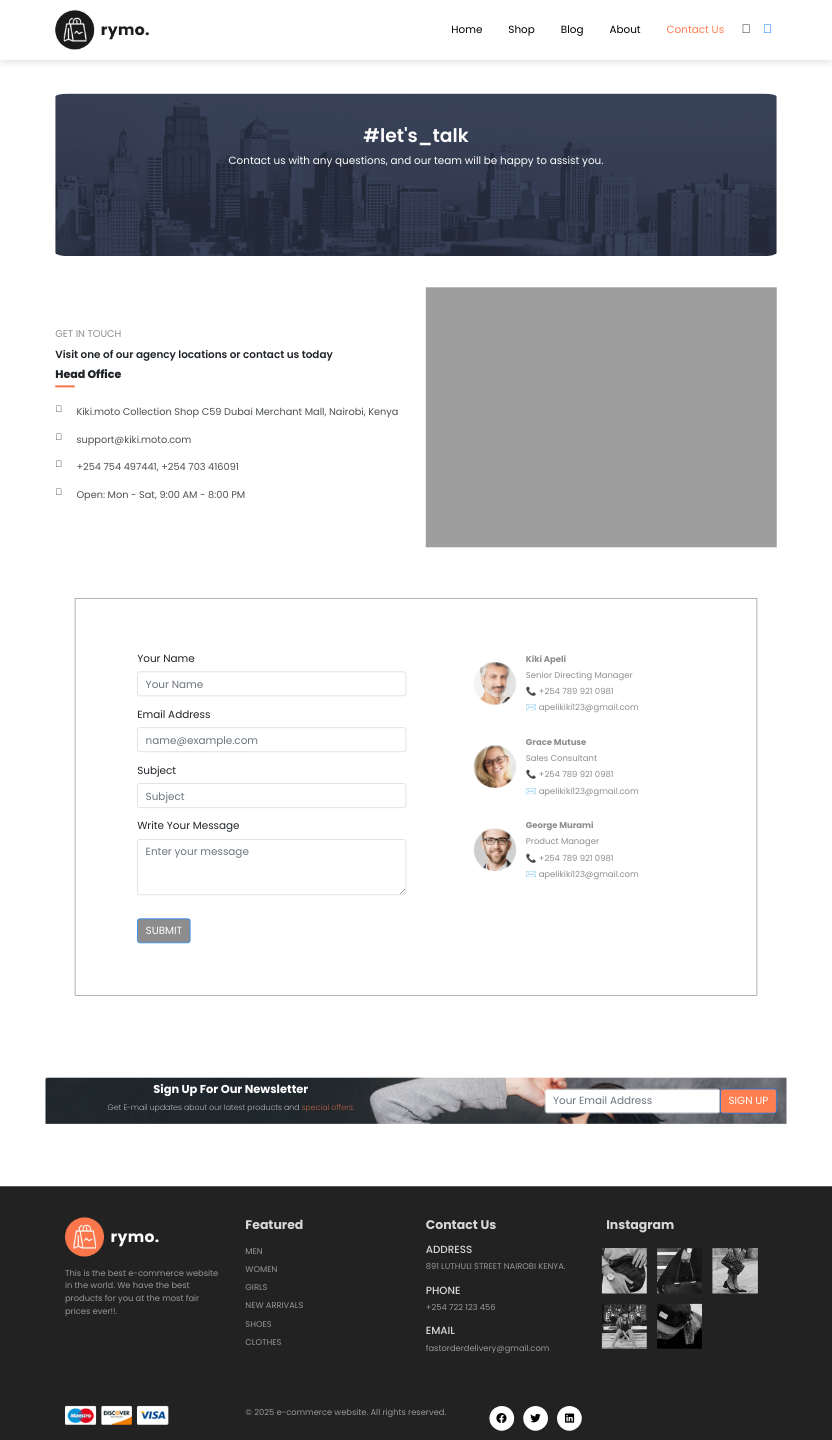
Repository: peter417waweru/e-commerce-UI
Page: contact.html
An editor plug-in stored every save of this project. The page is shown before and after the next save, followed by the edit.
The browser window is 1280 px wide. The pictures show the whole page, at 65% of full size.
Pictures or frames that could not be fetched are drawn as grey boxes. Some web libraries are served in a nearby version.

Above is the page before, as saved 2025-02-10 09:24:55.
Console error: TypeError: Cannot set properties of undefined (setting 'onclick')

### contact.html
<!DOCTYPE html>
<html lang="en">
    <head>

        <meta charset="UTF-8">
        <meta http-equiv="X-UA-Compatible" content="IE=edge">
        <meta name="viewport" content="width=device-width, initial-scale=1.0">
        <title>Ecommerce Website1</title>

        <link rel="stylesheet" href="https://cdn.jsdelivr.net/npm/bootstrap@4.1.3/dist/css/bootstrap.min.css"
        integrity="sha384-MCw98/SFnGE8fJT3GXwEOngsV7Zt27NXFoaoApmYm81iuXoPkFOJwJ8ERdknLPMO" crossorigin="anonymous">

        <link rel="stylesheet" href="https://pro.fontawesome.com/releases/v5.10.0/css/all.css" />

        <link rel="stylesheet" href="./style.css">
        <link rel="stylesheet" href="./about.css">
        <link rel="stylesheet" href="./contact.css">
    </head>

    <body>
        <nav class="navbar navbar-expand-lg navbar-light bg-white py-3 fixed-top">
            <div class="container">
              <img src="img/logo1.png" alt="">
              <button class="navbar-toggler" type="button" data-bs-toggle="collapse" data-bs-target="#navbarSupportedContent"
              aria-controls="navbarSupportedContent" aria-expanded="false" aria-label="Toggle navigation">
                <span><i id="bar" class="fas fa-bars"></i></span>
              </button>
              <div class="collapse navbar-collapse" id="navbarSupportedContent">
                <ul class="navbar-nav ml-auto">
                  <li class="nav-item">
                    <a class="nav-link " aria-current="page" href="./index.html">Home</a>
                  </li>
                  <li class="nav-item">
                    <a class="nav-link" aria-current="page" href="./shop.html">Shop</a>
                  </li>
                  <li class="nav-item">
                    <a class="nav-link" aria-current="page" href="./blog.html">Blog</a>
                  </li>
                  <li class="nav-item">
                    <a class="nav-link" aria-current="page" href="./about.html">About</a>
                  </li>
                  <li class="nav-item">
                    <a class="nav-link active" aria-current="page" href="./contact.html">Contact Us</a>
                  </li>
                  <li class="nav-item">
                    <i class="fal fa-search"></i>
                    <a class="bg-coral" href="./cart.html"><i class="fal fa-shopping-bag"></i></a>
                  </li>
                </ul>
              </div>
            </div>
        </nav>

        <section id="page-header" class="container mt-5 pt-5">
           <div class="about-header">
            <h2 class="text-center mt-5 pt-5">#let's_talk</h2>
            <p class="text-center">Contact us with any questions, and our team will be happy to assist you.</p>
           </div>
        </section>

        <section id="contact-details" class="container mt-5">
            <div class="row d-flex align-items-center gap-4">
                <div class="details-side col-lg-6 col-md-6 col-12">
                    <span>GET IN TOUCH</span>
                    <h2>Visit one of our agency locations or contact us today</h2>
                    <h3>Head Office</h3>
                    <hr class="mt-1">
                    <li>
                        <i class="fal fa-map"></i>
                        <p>Kiki.moto Collection Shop C59
                            Dubai Merchant Mall, Nairobi, Kenya</p>
                    </li>
                    <li>
                        <i class="fal fa-envelope"></i>
                        <p>support@kiki.moto.com</p>
                    </li>
                    <li>
                        <i class="fal fa-phone-alt"></i>
                        <p>+254 754 497441,  +254 703 416091</p>
                    </li>
                    <li>
                        <i class="fal fa-clock"></i>
                        <p>Open: Mon - Sat, 9:00 AM - 8:00 PM</p>
                    </li>
                </div>
                <div class="map col-lg-6 col-md-6 col-12">
                    <iframe src="https://www.google.com/maps/embed?pb=!1m18!1m12!1m3!1d3988.
                    8308746660095!2d36.778592273500564!3d-1.2747547356105604!2m3!1f0!2f0!3f0!3m2!1i1024!2i768!4f13.1!3m3!1m2!1s0x182f1
                    9fd9b65c0ef%3A0xbac0db1b9cbf73e!2sArchives%20Tower%2C%20Nairobi!5e0!3m2!1ssw!2ske!4v1739129931160!5m2!1ssw!2ske" width="100%" height="350px" style="border:0;"
                     allowfullscreen="" loading="lazy" referrerpolicy="no-referrer-when-downgrade">
                    </iframe>
                </div>
            </div>
        </section>

        <section id="contact-message" class="container my-4 py-4">
            <div class="row d-flex justify-content-between">
                <div class="form-details col-lg-6 col-md-6 col-12">
                    <div class="mb-3">
                        <label for="name" class="form-label">Your Name</label>
                        <input type="text" class="form-control" id="name" placeholder="Your Name">
                    </div>
                    <div class="mb-3">
                        <label for="email" class="form-label">Email Address</label>
                        <input type="email" class="form-control" id="email" placeholder="name@example.com">
                    </div>
                    <div class="mb-3">
                        <label for="subject" class="form-label">Subject</label>
                        <input type="text" class="form-control" id="subject" placeholder="Subject">
                    </div>
                    <div class="mb-3">
                        <label for="message" class="form-label">Write Your Message</label>
                        <textarea class="form-control" id="message" rows="3" placeholder="Enter your message"></textarea>
                    </div>
                    <button type="button" class="btn btn-primary">Submit</button>
                </div>
                <div class="members col-lg-5 col-md-6 col-12">
                    <div class="d-flex align-items-center mb-3">
                        <img src="img/people/1.png" alt="" class="me-3" width="60">
                        <p>
                            <strong>Kiki Apeli</strong> <br> Senior Directing Manager <br>
                            📞 +254 789 921 0981 <br> ✉️ apelikiki123@gmail.com
                        </p>
                    </div>
                    <div class="d-flex align-items-center mb-3">
                        <img src="img/people/3.png" alt="" class="me-3" width="60">
                        <p>
                            <strong>Grace Mutuse</strong> <br> Sales Consultant <br>
                            📞 +254 789 921 0981 <br> ✉️ apelikiki123@gmail.com
                        </p>
                    </div>
                    <div class="d-flex align-items-center mb-3">
                        <img src="img/people/2.png" alt="" class="me-3" width="60">
                        <p>
                            <strong>George Murami</strong> <br> Product Manager <br>
                            📞 +254 789 921 0981 <br> ✉️ apelikiki123@gmail.com
                        </p>
                    </div>
                </div>
            </div>
        </section>


        <section id="newsletter" class="container py-5">
            <div class="row align-items-center text-center text-lg-start">
                <div class="col-lg-6 col-md-12">
                    <h4 class="mt-2">Sign Up For Our Newsletter</h4>
                    <p>Get E-mail updates about our latest products and <span>special offers</span>.</p>
                </div>
                <div class="col-lg-6 col-md-12">
                    <form class="d-flex justify-content-center justify-content-lg-end">
                        <input type="email" class="form-control w-50 me-2" placeholder="Your Email Address">
                        <button class="btn btn-primary">Sign Up</button>
                    </form>
                </div>
            </div>
        </section>

        <footer class="mt-5">
            <div class="row container mx-auto pt-5">
              <div class="footer-one col-lg-3 col-md-6 col-12">
                <img src="img/logo2.png" alt="">
                <p class="pt-3">This is the best e-commerce website in the world.
                   We have the best products for you at the most fair prices ever!!.</p>
              </div>
              <div class="footer-one col-lg-3 col-md-6 col-12">
                <h4 class="pb-2">Featured</h4>
                <ul class="text-uppercase list-unstyled">
                  <li><a href="#">men</a></li>
                  <li><a href="#">women</a></li>
                  <li><a href="#">girls</a></li>
                  <li><a href="#">new arrivals</a></li>
                  <li><a href="#">shoes</a></li>
                  <li><a href="#">clothes</a></li>
                </ul>
              </div>
              <div class="footer-one col-lg-3 col-md-6 col-12 mb-3">
                <h4 class="pb-2">Contact Us</h4>
                <div>
                  <h6 class="text-uppercase">Address</h6>
                <p>891 LUTHULI STREET NAIROBI KENYA.</p>
                </div>
                <div>
                  <h6 class="text-uppercase">Phone</h6>
                <p>+254 722 123 456</p>
                </div>
                <div>
                  <h6 class="text-uppercase">Email</h6>
                <p>fastorderdelivery@gmail.com</p>
                </div>
              </div>
              <div class="footer-one col-lg-3 col-md-6 col-12 mb-3">
                <h4 class="pb-2">Instagram</h4>
                <div class="row">
                  <img class="img-fluid w-25 h-100 m-2" src="img/insta/1.jpg" alt="">
                  <img class="img-fluid w-25 h-100 m-2" src="img/insta/2.jpg" alt="">
                  <img class="img-fluid w-25 h-100 m-2" src="img/insta/3.jpg" alt="">
                  <img class="img-fluid w-25 h-100 m-2" src="img/insta/4.jpg" alt="">
                  <img class="img-fluid w-25 h-100 m-2" src="img/insta/5.jpg" alt="">
                </div>
              </div>
            </div>
            <div class="copyright mt-5">
              <div class="row container mx-auto">
                <div class="col-lg-3 col-md-6 col-12 mb-4">
                  <img class="img-fluid" src="img/payment.png" alt="">
                </div>
                <div class="col-lg-4 col-md-6 col-12 text-nowrap mb-2">
                  <p>© 2025 e-commerce website. All rights reserved.</p>
                </div>
                <div class="col-lg-4 col-md-6 col-12">
                  <a href="#"><i class="fab fa-facebook"></i></a>
                  <a href="#"><i class="fab fa-twitter"></i></a>
                  <a href="#"><i class="fab fa-linkedin"></i></a>
                </div>
              </div>
            </div>
        </footer>
    </body>

    <script src="https://cdn.jsdelivr.net/npm/@popperjs/core@2.9.1/dist/umd/popper.min.js"
        integrity="sha384-SR1sx49pcuLnqZUnnPwx6FCym0wLsk5JZuNx2bPPENzswTNFaQU1RDvt3wT4gWFG"
        crossorigin="anonymous">
    </script>
    <script src="https://cdn.jsdelivr.net/npm/bootstrap@5.0.0-beta3/dist/js/bootstrap.min.js"
        integrity="sha384-j0CNLUeiqtyaRmlzUHCPZ+Gy5fQu0dQ6eZ/xAww941Ai1SxSY+0EQqNXNE6DZiVc"
        crossorigin="anonymous">
    </script>
    <script src="scripts.js"></script>
</html>

### about.css
#page-header .about-header{
    background-image: url("img/about/banner.png");
    background-position: center;
    background-size: cover;
    width: 100%;
    height: 250px;
    border-radius: 2%;
}

#page-header .about-header h2,
#page-header .about-header p{
    color: #fff;
}

#about-app .video{
    width: 70%;
    height: 100%;
    margin: 30px auto 0 auto;
}

#about-app .video video{
    width: 100%;
    height: 100%;
    border-radius: 20px;
}

#newsletter .row{
    background-image: url("img/banner/1.jpg");
}

#newsletter .row h4{
    color: #fff;
    font-weight: bold;
}

#newsletter .row p{
    color: #fff;
    font-weight: 200;
    font-size: 12px;
}

#newsletter .row p span{
    color: coral;
    font-weight: 250;
}

#newsletter .row p span:hover{
    cursor: pointer;
    color: #8d8d8d;
}

#newsletter .row button{
    background-color: coral;
}

#newsletter .row button:hover{
    background-color: #8d8d8d;

}

@media (max-width: 768px){
    #newsletter .row{
        margin: 0 auto 0 auto;
        padding-bottom: 20px;
    }
}

### contact.css
#contact-details .details-side span{
    color: #8d8d8d;
    font-size: 15px;
}

#contact-details .details-side h2{
    margin-top: 10px;
    columns: black;
    font-size: 16px;
}

#contact-details .details-side h3{
    margin-top: 10px;
    columns: black;
    font-size: 17px;
}

#contact-details .details-side li{
    list-style-type: none;
    display: flex;
    padding: 10px 0;
}

#contact-details .details-side li i{
    font-size: 14px;
    padding-right: 22px;
}
#contact-details .details-side li p{
    margin: 0;
    font-size: 15px;
    opacity: 0.8;
}

#contact-details .details-side li p:hover{
    color: coral;
    cursor: pointer;
    font-weight: 300;
}

#contact-details .map{
    width: 55%;
    height: 400px;
}

#contact-details .map iframe{
    width: 100%;
    height: 100%;
}

#contact-message .row{
    display: flex;
    justify-content: space-between;
    margin: 30px;
    padding: 80px;
    border: 1px solid #8d8d8d;
}

#contact-message .row .form-details button{
    margin-top: 20px;
    background-color: #8d8d8d;
}

#contact-message .row .form-details button:hover{
    background-color: coral;
    color: #fff;
}

#contact-message .members div{
    padding-bottom: 12px;
}

#contact-message .members div img{
    width: 65px;
    height: 65px;
    object-fit: cover;
    margin-right: 15px;
}

#contact-message .members p{
    margin: 0;
    color: #8d8d8d;
    font-size: 13px;
    line-height: 25px;
}
#contact-message .members p span{
    display: block;
    font-size: 16px;
    font-weight: 600;
    color: black;

}

Loaded but not shown: scripts.js (15 lines, source omitted); style.css (340 lines, source omitted)

After the next save:
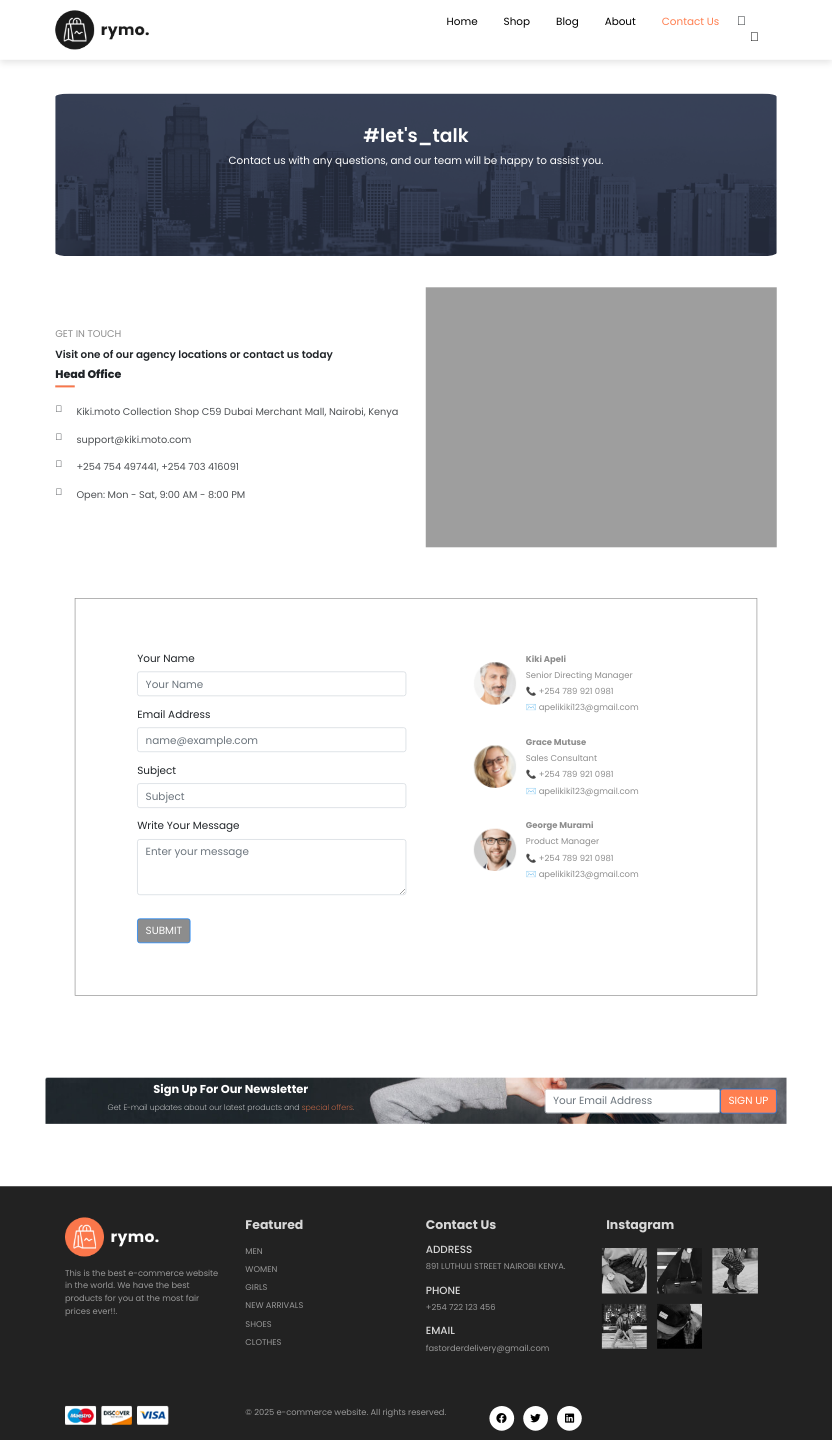
Saved 85 s later.
--- a/contact.html
+++ b/contact.html
@@ -44,7 +44,7 @@
                   </li>
                   <li class="nav-item">
                     <i class="fal fa-search"></i>
-                    <a class="bg-coral" href="./cart.html"><i class="fal fa-shopping-bag"></i></a>
+                    <a class="nav-link" href="./cart.html"><i class="fal fa-shopping-bag"></i></a>
                   </li>
                 </ul>
               </div>

After the save that followed:
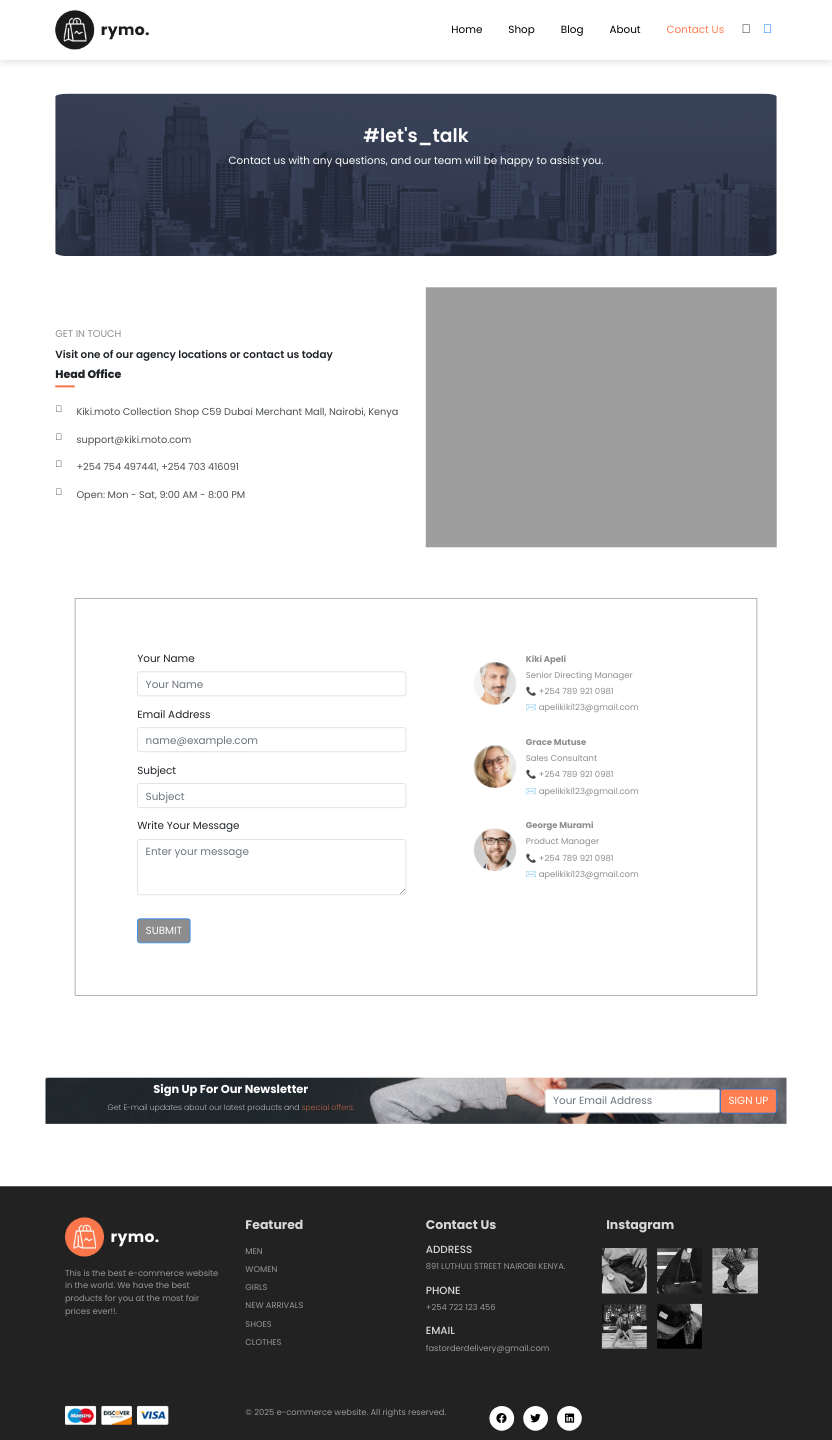
Saved 27 s later.
--- a/contact.html
+++ b/contact.html
@@ -44,7 +44,7 @@
                   </li>
                   <li class="nav-item">
                     <i class="fal fa-search"></i>
-                    <a class="nav-link" href="./cart.html"><i class="fal fa-shopping-bag"></i></a>
+                    <a class="" href="./cart.html"><i class="fal fa-shopping-bag"></i></a>
                   </li>
                 </ul>
               </div>
